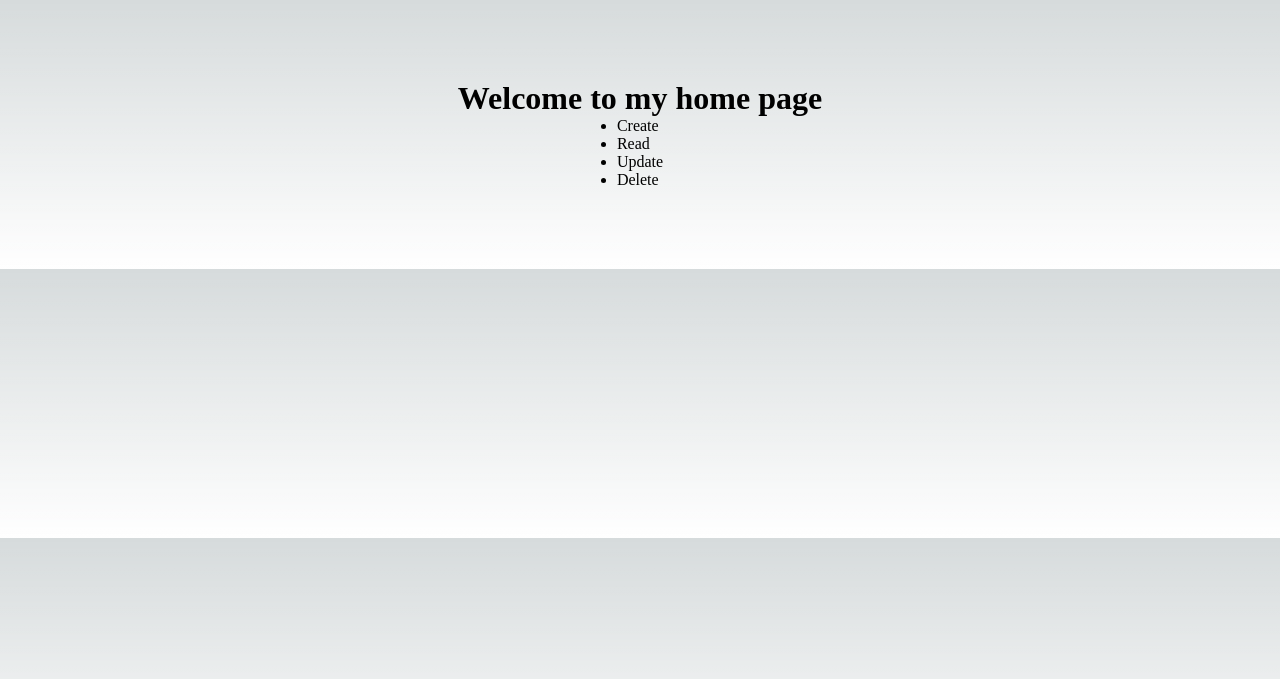
Repository: juliet-jskim/dynamic-week4-inclassplaywright
Page: /
An editor plug-in stored every save of this project. The page is shown before and after a run of saves, followed by the edit.
The browser window is 1280 px wide. The pictures show the whole page.
The project was rebuilt for these pictures with package versions that can differ from the ones it lists, and the page was loaded fresh each time. The framework's server and built-in components were replaced by stand-ins that run in the browser. Also part of the build but not shown: next.config.js.

Above is the page before, as saved 2023-01-23 11:00:08.

After the next 2 saves:
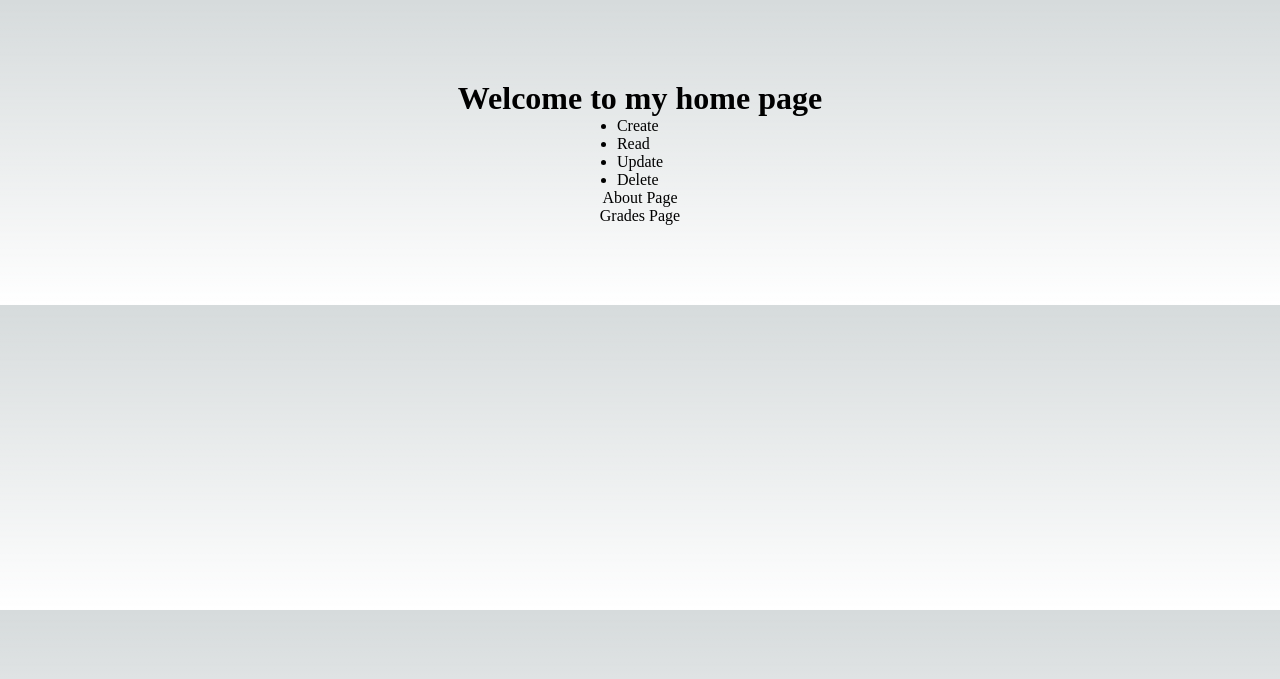
The 2 saves are shown as one change because they came seconds apart.
The last was saved 2 min 0 s later.
--- a/pages/index.js
+++ b/pages/index.js
@@ -22,6 +22,11 @@ export default function Home() {
           <li>Update</li>
           <li>Delete</li>
         </ul>
+
+        <a href='http://localhost:3000/about'>About Page</a>
+
+        <a href='http://localhost:3000/grades'>Grades Page</a>
+
       </main>
     </>
   )
